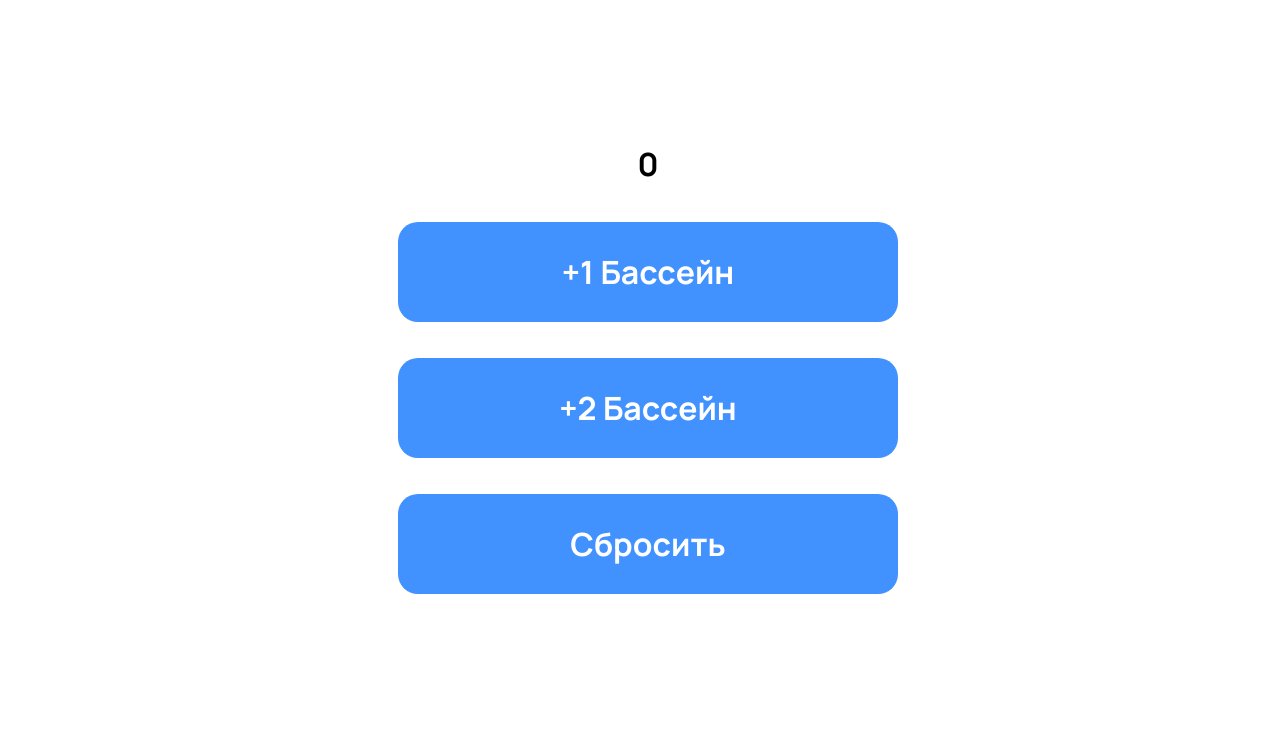
Repository: Huseynov98/js-practice
Page: index.html
These files come from the project's save history. The page is drawn as it stood at one moment and after the next save; the edit follows.
The browser window is 1280 px wide. The page is 1288 px wide, so the pictures cover 1288 px, including what lies to the right of the window. The pictures show the whole page.

Above is the page before, as saved 2023-05-15 10:42:18.

### index.html
<!DOCTYPE html>
<html lang="en">

<head>
    <meta charset="UTF-8">
    <meta http-equiv="X-UA-Compatible" content="IE=edge">
    <meta name="viewport" content="width=device-width, initial-scale=1.0">
    <link rel="shortcut icon" href="./resources/favicon.png" type="image/x-icon">
    <link rel="preconnect" href="https://fonts.googleapis.com">
<link rel="preconnect" href="https://fonts.gstatic.com" crossorigin>
<link href="https://fonts.googleapis.com/css2?family=Manrope:wght@700&display=swap" rel="stylesheet">
    <link rel="stylesheet" href="./CSS/index.css">
    <title> Counter App </title>
</head>

<body>
    <div class="counter">
        <div class="counter__value">0</div>
        <button id="addOnePoolButton" data-pool="1" class="counter__addButton">+1 Бассейн</button>
        <button id="addTwoPoolButton" data-pool="2" class="counter__addButton">+2 Бассейн</button>
        <button id="resetButton" class="counter__addButton">Сбросить</button>
    </div>




    <script src="./JS/index.js"></script>
</body>

</html>

### CSS/index.css
body {
  font-family: "Manrope", sans-serif;
  font-weight: 700;
  width: 100%;
  overflow-x: hidden;
}
button {
  font-family: inherit;
  cursor: pointer;
  font-weight: 700;
}
.counter {
  margin: 0 auto;
  width: 700px;
  height: 100vh;
  display: flex;
  align-items: center;
  justify-content: center;
  flex-direction: column;
  gap: 36px;
}

.counter__value {
  text-align: center;
  font-size: 32px;
  line-height: 44px;
}
.counter__addButton {
  width: 500px;
  height: 100px;
  background: #4191ff;
  border-radius: 20px;
  border: none;
  color: #ffffff;
  font-size: 32px;
  line-height: 44px;
}

Loaded but not shown: JS/index.js (empty)

After the next save:
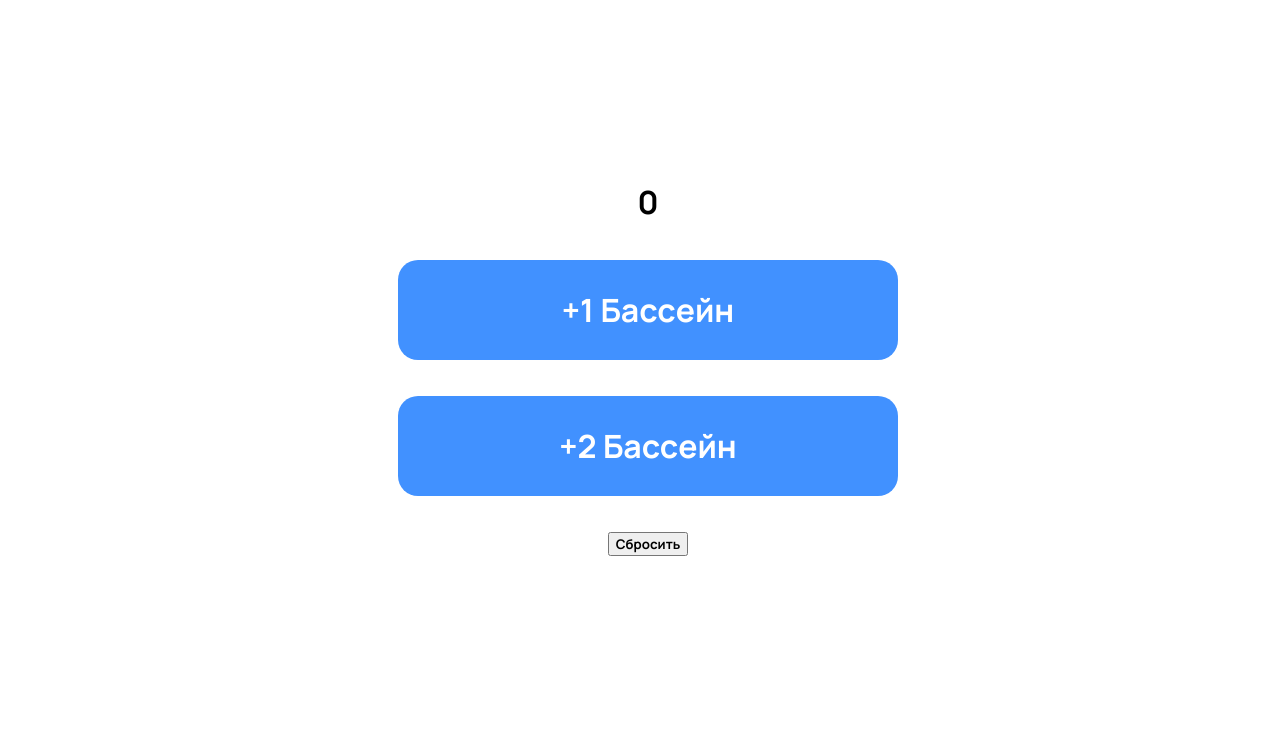
Saved 68 s later.
--- a/index.html
+++ b/index.html
@@ -18,7 +18,7 @@
         <div class="counter__value">0</div>
         <button id="addOnePoolButton" data-pool="1" class="counter__addButton">+1 Бассейн</button>
         <button id="addTwoPoolButton" data-pool="2" class="counter__addButton">+2 Бассейн</button>
-        <button id="resetButton" class="counter__addButton">Сбросить</button>
+        <button id="resetButton" class="counter__resetButton">Сбросить</button>
     </div>
 
 

After the save that followed:
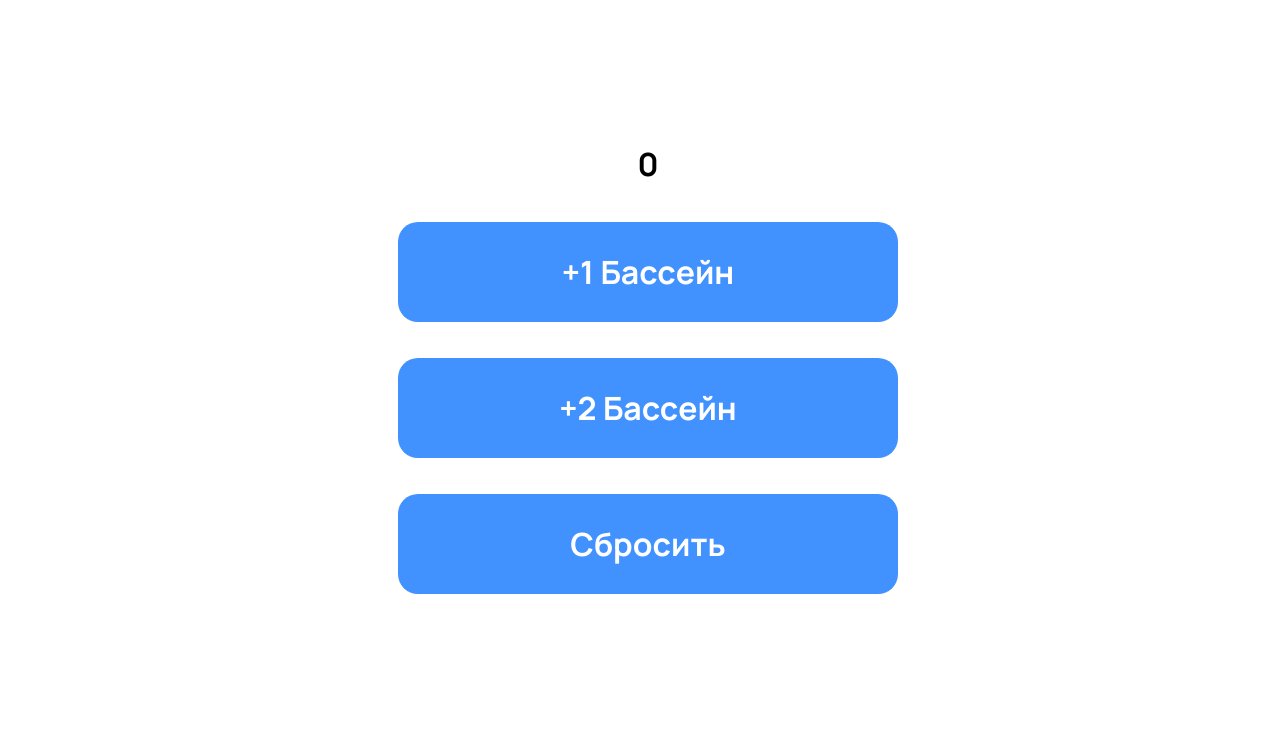
Saved 17 s later.
--- a/CSS/index.css
+++ b/CSS/index.css
@@ -35,3 +35,13 @@ button {
   font-size: 32px;
   line-height: 44px;
 }
+.counter__resetButton {
+  width: 500px;
+  height: 100px;
+  background: #4191ff;
+  border-radius: 20px;
+  border: none;
+  color: #ffffff;
+  font-size: 32px;
+  line-height: 44px;
+}
